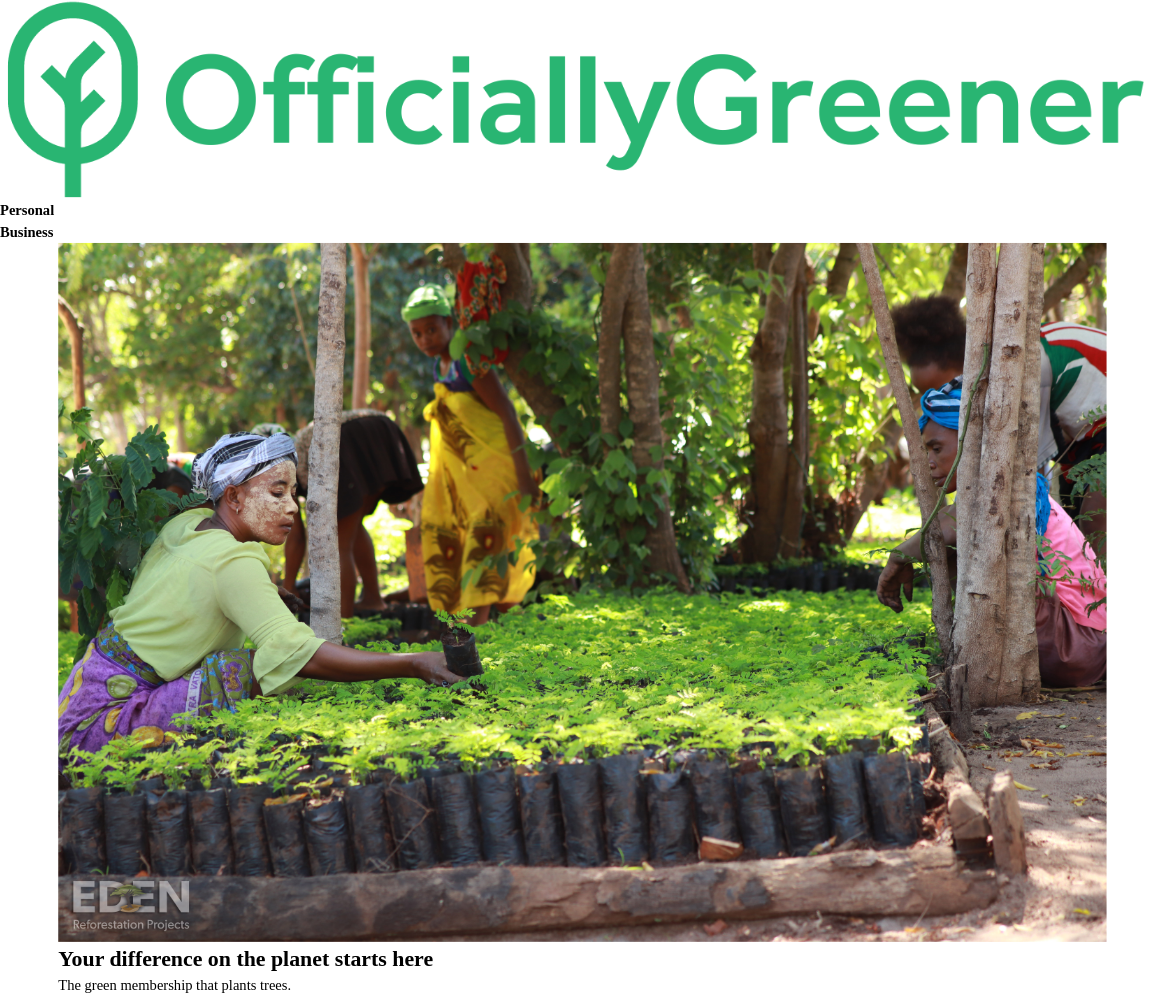
Repository: Sinkycode/Officially-Greener-v2
Page: index.html
An editor plug-in stored every save of this project. The page is shown before and after the next save, followed by the edit.
The browser window is 1280 px wide. The pictures show the whole page, at 91% of full size.

Above is the page before, as saved 2023-03-08 13:24:06.

### index.html
<!DOCTYPE html>
<html lang="en">
<head>
  <meta charset="UTF-8">
  <meta http-equiv="X-UA-Compatible" content="IE=edge">
  <meta name="viewport" content="width=device-width, initial-scale=1.0">
  <link rel="stylesheet" href="style.css">
  <title>Officially Greener</title>
</head>
<body>
  <header>
    <div class="mobile"></div>
    <div class="desktop">
      <img src="Logo/Officially Greener Transparent background.png" alt="">
      <ul class="primary-nav">
        <li><a href="http://">Personal</a></li>
        <li><a href="http://">Business</a></li>
      </ul>
    </div>

  </header>

  <section id="landing-page">
   <div class="container">
    <div class="landing-page__image">
      <img src="Images/Magagascar.jpg" alt="">
    </div>
    <div class="context">
      <h1 class="big-title">Your difference on the planet starts here</h1>
      <p class="gray-para">The green membership that plants trees.</p>
    </div>
   </div>
  </section>
  <section id="note"></section>
  <section id="personal"></section>
</body>
</html>

### style.css
*, *::after, *::before {
  box-sizing: border-box;
  margin: 0;
  padding: 0;
}

html, body {
  font-family: rubik;
  scroll-behavior: smooth;
  overflow-x: hidden;
}

body {
  line-height: 1.5;
  font-size: 16px;
}

/* CUSTOMIZATION */
img {
  max-width: 100%;
  display: block;
}

button, input {
  outline: none;
  border: none;
  /* background: transparent; */
  font-family: inherit;
  font-size: inherit;
  color: inherit;
}

ul, p {
  margin: 0;
  list-style: none;

}

a {
  text-decoration: none;
  color: inherit;
  font-weight: bold;
}

h1,h2,h3 {
  margin: 0;
}

.container {
  max-width: 90%;
  margin: 0 auto;
}

After the next save:
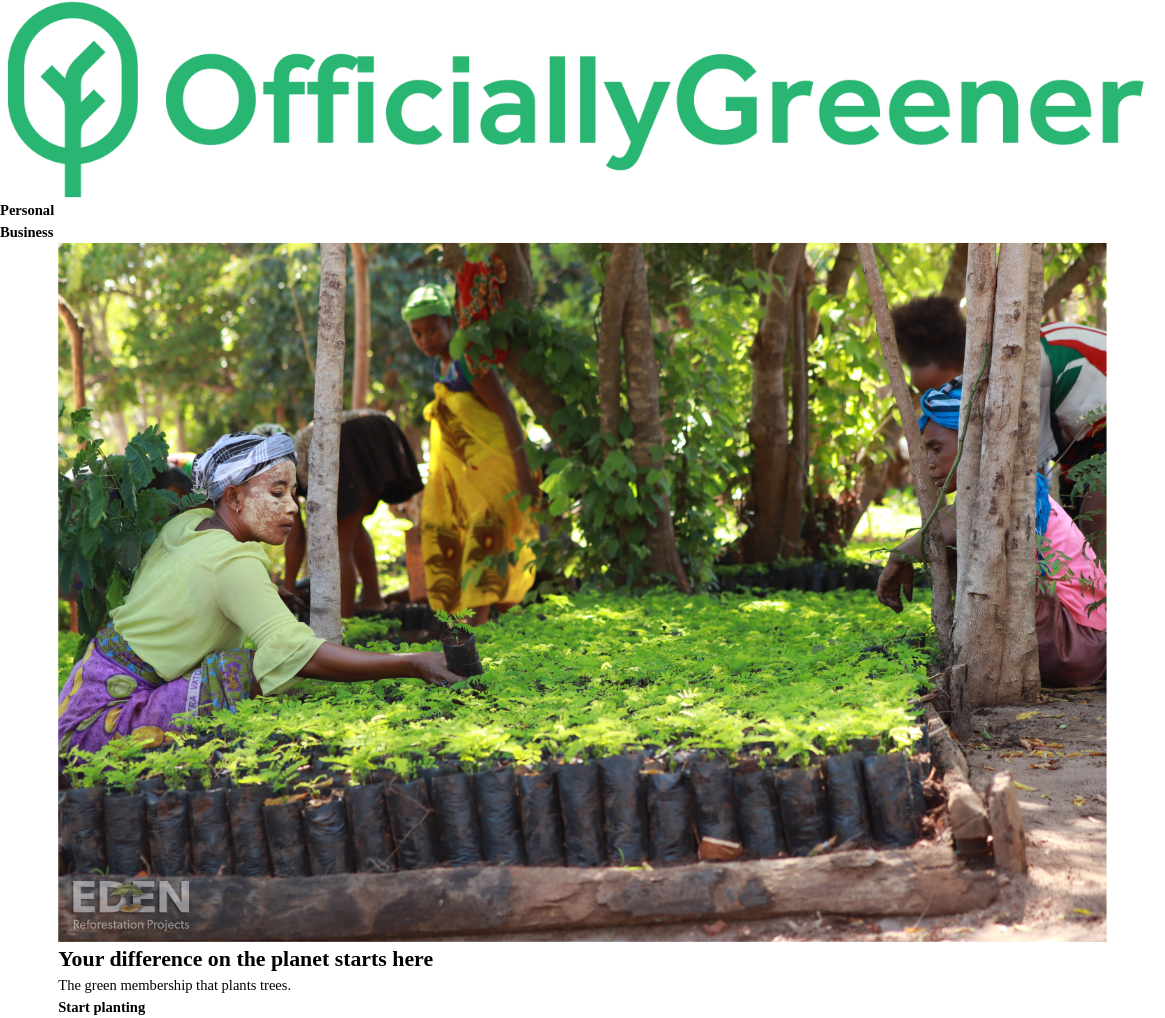
Saved 76 s later.
--- a/index.html
+++ b/index.html
@@ -28,6 +28,7 @@
     <div class="context">
       <h1 class="big-title">Your difference on the planet starts here</h1>
       <p class="gray-para">The green membership that plants trees.</p>
+      <a href="#" class="simple-link">Start planting</a>
     </div>
    </div>
   </section>
